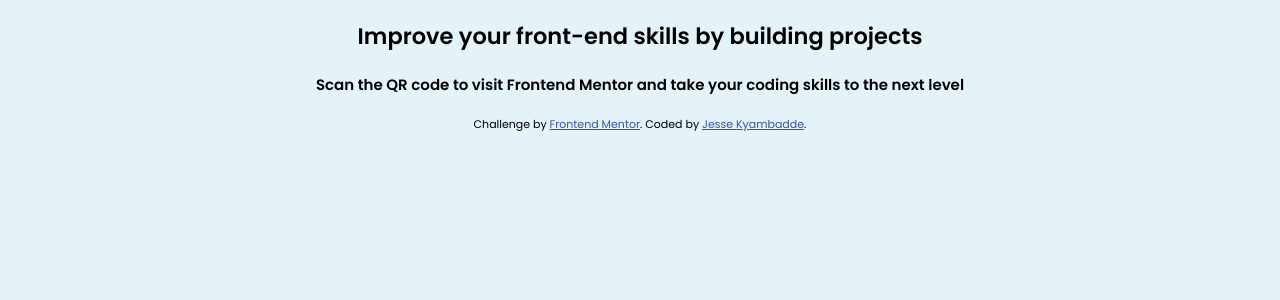
Repository: jesar-enl/qr-code-component-main-sample
Page: index.html
The author's editor kept a copy of each file at every save. The page is drawn from the files as they stood at one save, then again after a run of saves.
The browser window is 1280 px wide. The pictures show the whole page.

Above is the page before, as saved 2022-03-04 08:58:50.

After the next 4 saves:
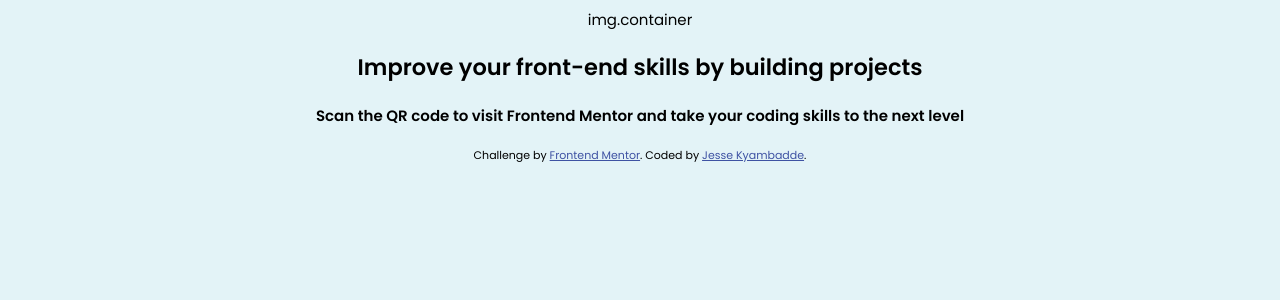
The 4 saves are shown as one change because they came seconds apart.
The last was saved 13 s later.
--- a/index.html
+++ b/index.html
@@ -18,9 +18,7 @@
 </head>
 <body>
   <div class="container">
-    <div class="container__image">
-
-    </div>
+    img.container
     <div class="container__text">
       <h2 class="container__text-heading">Improve your front-end skills by building projects</h2>
       <h4 class="container__text-para">Scan the QR code to visit Frontend Mentor and take your coding skills to the next level</h4>
